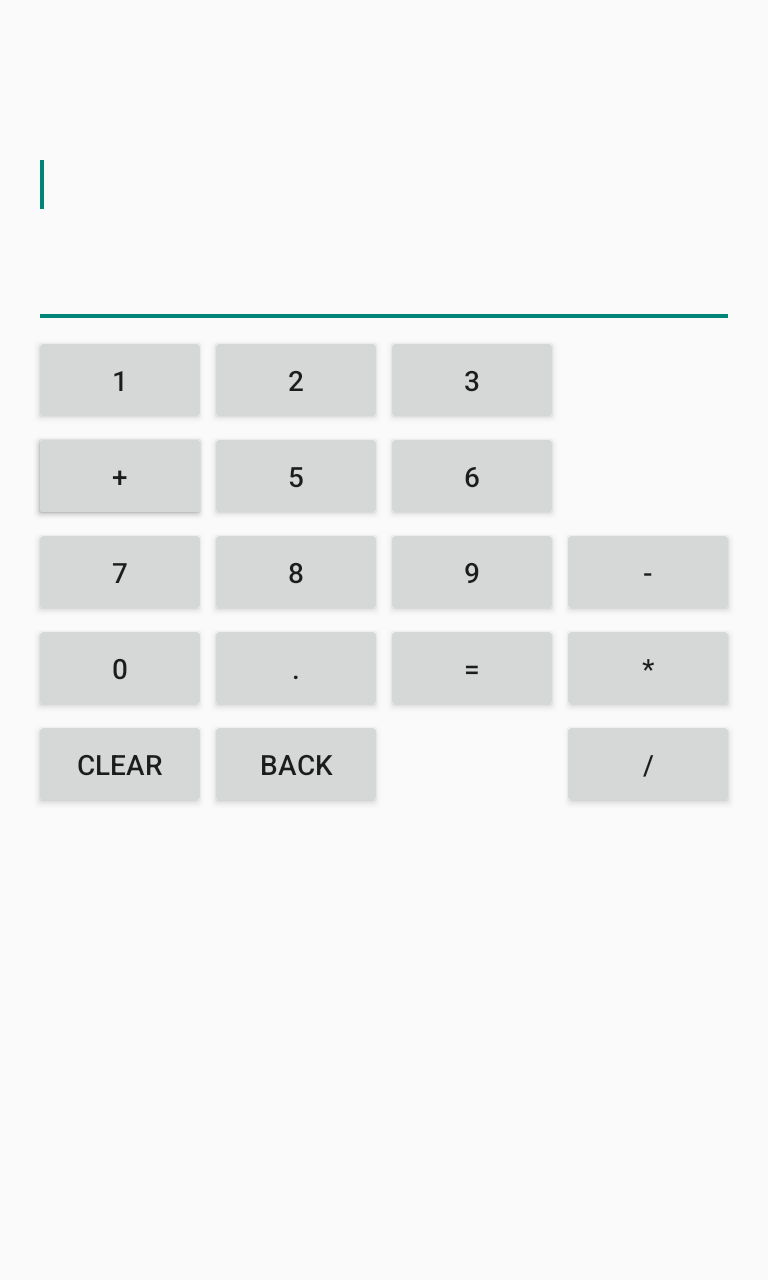
Repository: toa5/CS-399-Project-1
Layout: Calculator/res/layout/activity_calculator.xml
These files come from the project's save history. The layout is drawn as it stood at one moment and after the next save; the edit follows.
It is drawn on a 768 x 1280 px phone screen (xhdpi) without system bars, with theme AppTheme; the app's code is not run.

Above is the layout before, as saved 2015-09-27 08:08:29.

### Calculator/res/layout/activity_calculator.xml
<RelativeLayout xmlns:android="http://schemas.android.com/apk/res/android"
    xmlns:tools="http://schemas.android.com/tools"
    xmlns:android1="http://schemas.android.com/apk/res/android"
    android:layout_width="match_parent"
    android:layout_height="match_parent"
    android:paddingBottom="@dimen/activity_vertical_margin"
    android:paddingLeft="@dimen/activity_horizontal_margin"
    android:paddingRight="@dimen/activity_horizontal_margin"
    android:paddingTop="@dimen/activity_vertical_margin"
    tools:context="com.cs399.calculator.CalculatorActivity" >

    <EditText
        android1:id="@+id/textBox"
        android1:layout_width="wrap_content"
        android1:layout_height="wrap_content"
        android1:layout_alignParentEnd="true"
        android1:layout_alignParentLeft="true"
        android1:layout_alignParentRight="true"
        android1:layout_alignParentStart="true"
        android1:layout_alignParentTop="true"
        android1:clickable="false"
        android1:ems="10"
        android1:inputType="text"
        android1:minHeight="150dp" >

        <requestFocus />
    </EditText>

    <Button android1:id="@+id/button1"
        android1:layout_width="wrap_content"
        android1:layout_height="wrap_content"
        android1:layout_alignLeft="@+id/textBox"
        android1:layout_alignStart="@+id/textBox"
        android1:layout_below="@+id/textBox"
        android1:text="@string/num_1" />

    <Button
        android1:id="@+id/button2"
        android1:layout_width="wrap_content"
        android1:layout_height="wrap_content"
        android1:layout_alignBottom="@+id/button1"
        android1:layout_toEndOf="@+id/button1"
        android1:layout_toRightOf="@+id/button1"
        android1:text="@string/num_2" />

    <Button
        android1:id="@+id/button3"
        android1:layout_width="wrap_content"
        android1:layout_height="wrap_content"
        android1:layout_alignTop="@+id/button2"
        android1:layout_toRightOf="@+id/button2"
        android1:layout_toEndOf="@+id/button2"
        android1:text="@string/num_3" />

    <Button
        android1:id="@+id/button4"
        android1:layout_width="wrap_content"
        android1:layout_height="wrap_content"
        android1:layout_alignStart="@+id/button1"
        android1:layout_alignLeft="@+id/button1"
        android1:layout_below="@+id/button1"
        android1:text="@string/num_4" />

    <Button
        android1:id="@+id/button5"
        android1:layout_width="wrap_content"
        android1:layout_height="wrap_content"
        android1:layout_toRightOf="@+id/button4"
        android1:layout_toEndOf="@+id/button4"
        android1:layout_below="@+id/button2"
        android1:text="@string/num_5" />

    <Button
        android1:id="@+id/button6"
        android1:layout_width="wrap_content"
        android1:layout_height="wrap_content"
        android1:layout_toRightOf="@+id/button5"
        android1:layout_toEndOf="@+id/button5"
        android1:layout_below="@id/button3"
        android1:text="@string/num_6" />

    <Button
        android1:id="@+id/button7"
        android1:layout_width="wrap_content"
        android1:layout_height="wrap_content"
        android1:layout_alignStart="@+id/button1"
        android1:layout_alignLeft="@+id/button1"
        android1:layout_below="@+id/button4"
        android1:text="@string/num_7" />

    <Button
        android1:id="@+id/button8"
        android1:layout_width="wrap_content"
        android1:layout_height="wrap_content"
        android1:layout_below="@+id/button5"
        android1:layout_toRightOf="@+id/button4"
        android1:layout_toEndOf="@+id/button4"
        android1:text="@string/num_8" />

    <Button
        android1:id="@+id/button9"
        android1:layout_width="wrap_content"
        android1:layout_height="wrap_content"
        android1:layout_toRightOf="@+id/button8"
        android1:layout_toEndOf="@+id/button8"
        android1:layout_below="@+id/button6"
        android1:text="@string/num_9" />

    <Button android1:id="@+id/button0"
        android1:layout_width="wrap_content"
		android1:layout_height="wrap_content"
		android1:layout_below="@+id/button7"
		android1:layout_alignLeft="@+id/textBox"
        android1:layout_alignStart="@+id/textBox"
		android1:text="@string/num_0" />

    <Button android1:id="@+id/buttonDecimal"
        android1:layout_width="wrap_content"
        android1:layout_height="wrap_content"
        android1:layout_below="@+id/button8"
        android1:layout_toRightOf="@+id/button0"
        android1:layout_toEndOf="@+id/button0"
        android1:text="@string/decimal" />

    <Button
        android1:id="@+id/buttonEqual"
        android1:layout_width="wrap_content"
        android1:layout_height="wrap_content"
        android1:layout_below="@+id/button9"
        android1:layout_toRightOf="@+id/buttonDecimal"
        android1:layout_toEndOf="@+id/buttonDecimal"
        android1:text="@string/equals" />

    <Button android1:id="@+id/buttonPlus" android1:layout_width="wrap_content" android1:layout_height="wrap_content" android1:layout_alignLeft="@+id/button1" android1:layout_below="@+id/button1" android1:layout_toEndOf="@+id/button3" android1:text="@string/plus" /><Button android1:id="@+id/buttonMinus" android1:layout_width="wrap_content" android1:layout_height="wrap_content" android1:layout_toEndOf="@+id/button6" android1:layout_toRightOf="@+id/button6" android1:layout_below="@+id/buttonPlus" android1:text="@string/minus" /><Button
        android1:id="@+id/buttonMultiply"
        android1:layout_width="wrap_content"
        android1:layout_height="wrap_content"
        android1:layout_toRightOf="@+id/button9"
        android1:layout_toEndOf="@+id/button9"
        android1:layout_below="@+id/buttonMinus"
        android1:text="@string/multiply" />

    <Button android1:id="@+id/buttonDivide" android1:layout_width="wrap_content" android1:layout_height="wrap_content" android1:layout_below="@+id/buttonMultiply" android1:layout_toRightOf="@+id/buttonEqual" android1:layout_toEndOf="@+id/buttonEqual" android1:text="@string/divide" />







    <Button
        android1:id="@+id/buttonClear"
        android1:layout_width="wrap_content"
        android1:layout_height="wrap_content"
        android1:layout_below="@+id/button0"
        android1:layout_alignStart="@+id/button1"
        android1:layout_alignLeft="@+id/button1"
        android1:text="@string/clear" />

    <Button
        android1:id="@+id/buttonBack"
        android1:layout_width="wrap_content"
        android1:layout_height="wrap_content"
        android1:layout_below="@+id/buttonDecimal"
        android1:layout_toRightOf="@+id/buttonClear"
        android1:layout_toEndOf="@+id/buttonClear"
        android1:text="@string/back" />



</RelativeLayout>

### Calculator/res/values/strings.xml
<?xml version="1.0" encoding="utf-8"?>
<resources>

    <string name="app_name">Calculator</string>
    <string name="action_settings">Settings</string>
    <string name="num_1">1</string>
    <string name="num_2">2</string>
    <string name="num_3">3</string>
    <string name="num_4">4</string>
    <string name="num_5">5</string>
    <string name="num_6">6</string>
	<string name="num_7">7</string>
	<string name="num_8">8</string>
	<string name="num_9">9</string>
	<string name="num_0">0</string>
	<string name="plus">+</string>
	<string name="minus">-</string>
	<string name="multiply">*</string>
	<string name="divide">/</string>
	<string name="clear">Clear</string>
	<string name="equals">=</string>
	<string name="back">Back</string>
	<string name="decimal">.</string>

</resources>

Loaded but not shown: Calculator/res/values/styles.xml (common file); Calculator/res/values-v11/styles.xml (common file); Calculator/res/values-v14/styles.xml (common file); Calculator/res/values/dimens.xml (common file); Calculator/res/values-w820dp/dimens.xml (common file)

After the next save:
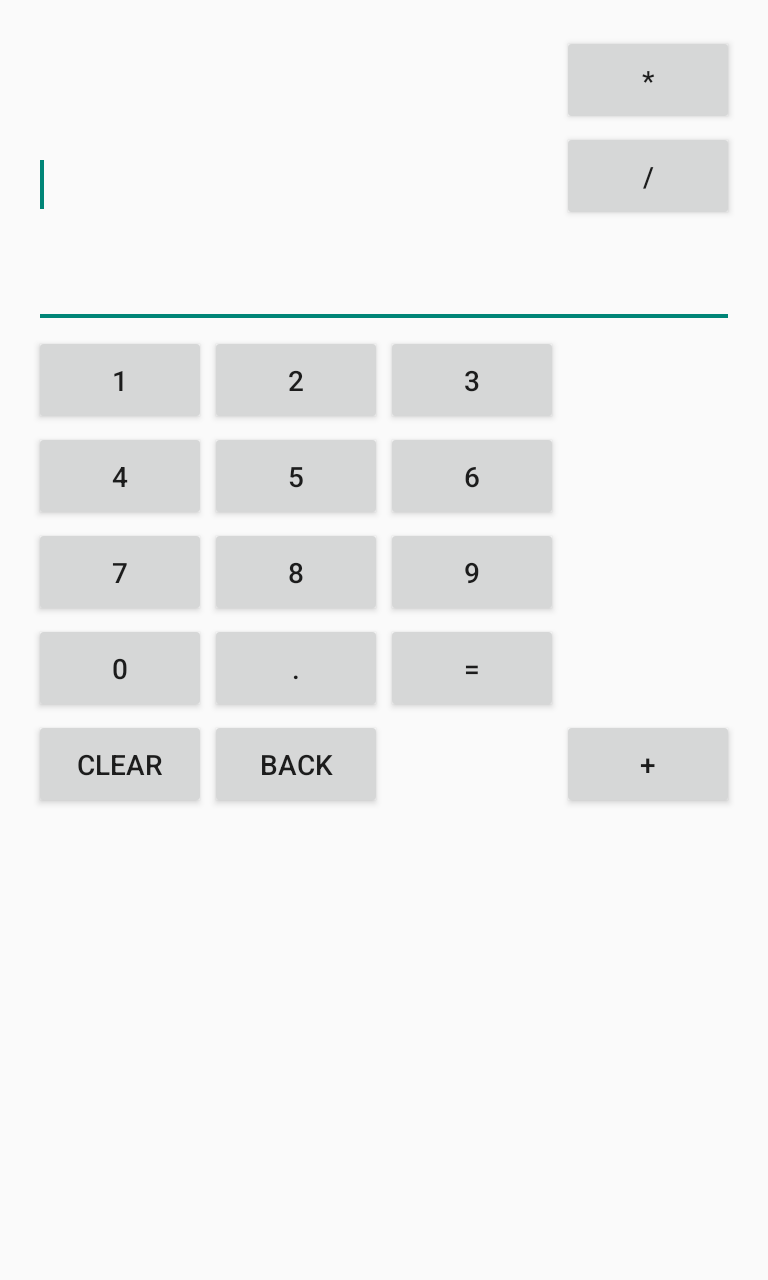
Saved 42 s later.
--- a/Calculator/res/layout/activity_calculator.xml
+++ b/Calculator/res/layout/activity_calculator.xml
@@ -131,7 +131,14 @@
         android1:layout_toEndOf="@+id/buttonDecimal"
         android1:text="@string/equals" />
 
-    <Button android1:id="@+id/buttonPlus" android1:layout_width="wrap_content" android1:layout_height="wrap_content" android1:layout_alignLeft="@+id/button1" android1:layout_below="@+id/button1" android1:layout_toEndOf="@+id/button3" android1:text="@string/plus" /><Button android1:id="@+id/buttonMinus" android1:layout_width="wrap_content" android1:layout_height="wrap_content" android1:layout_toEndOf="@+id/button6" android1:layout_toRightOf="@+id/button6" android1:layout_below="@+id/buttonPlus" android1:text="@string/minus" /><Button
+    <Button android1:id="@+id/buttonPlus"
+        android1:layout_width="wrap_content"
+        android1:layout_height="wrap_content"
+        android1:layout_below="@+id/button0"
+        android1:layout_toEndOf="@+id/button3"
+        android1:text="@string/plus" />
+
+Button android1:id="@+id/buttonMinus" android1:layout_width="wrap_content" android1:layout_height="wrap_content" android1:layout_toEndOf="@+id/button6" android1:layout_toRightOf="@+id/button6" android1:layout_below="@+id/buttonPlus" android1:text="@string/minus" /><Button
         android1:id="@+id/buttonMultiply"
         android1:layout_width="wrap_content"
         android1:layout_height="wrap_content"
